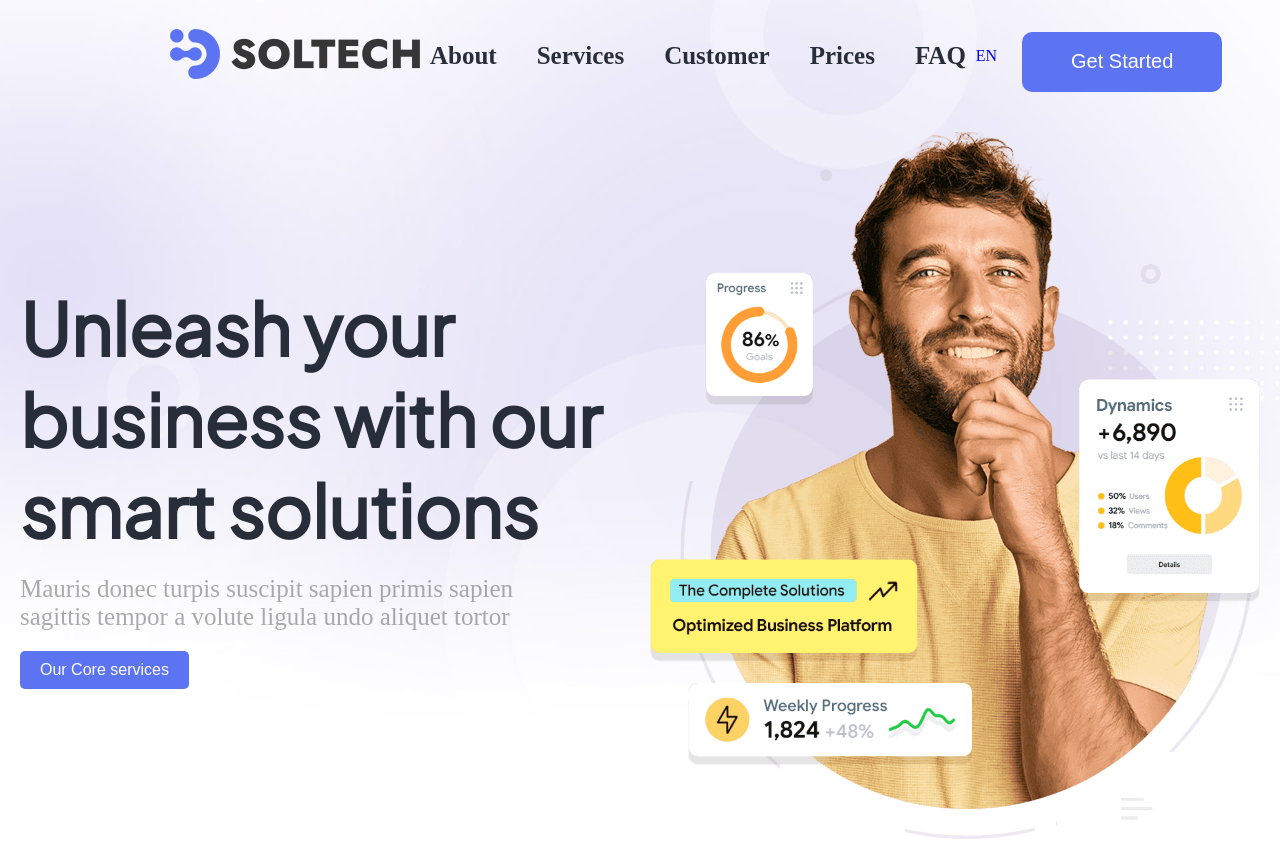
Repository: md-rabbi-hossain/Soltech-html
Page: index.html
An editor plug-in stored every save of this project. The page is shown before and after the next save, followed by the edit.
The browser window is 1280 px wide. The pictures show the whole page.

Above is the page before, as saved 2025-01-08 15:05:39.

After the next save:
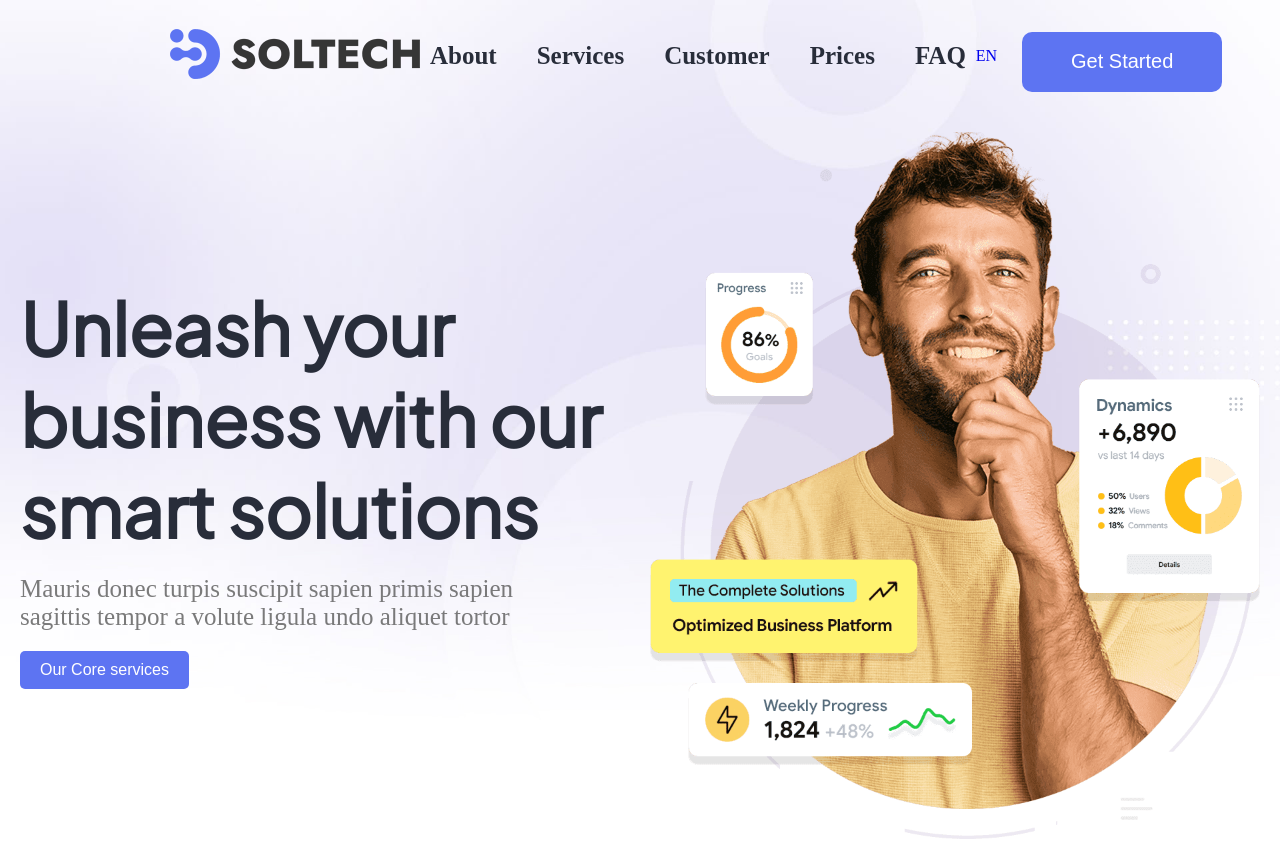
Saved 11 s later.
--- a/Css/style.css
+++ b/Css/style.css
@@ -151,7 +151,7 @@ nav.sticky {
   width: 500px;
   color: #5a5a5a; /* Subtle color for the paragraph text */
   margin-bottom: 20px;
-  opacity: 0.5;
+  opacity: 0.8;
 }
 
 .left-side button {
